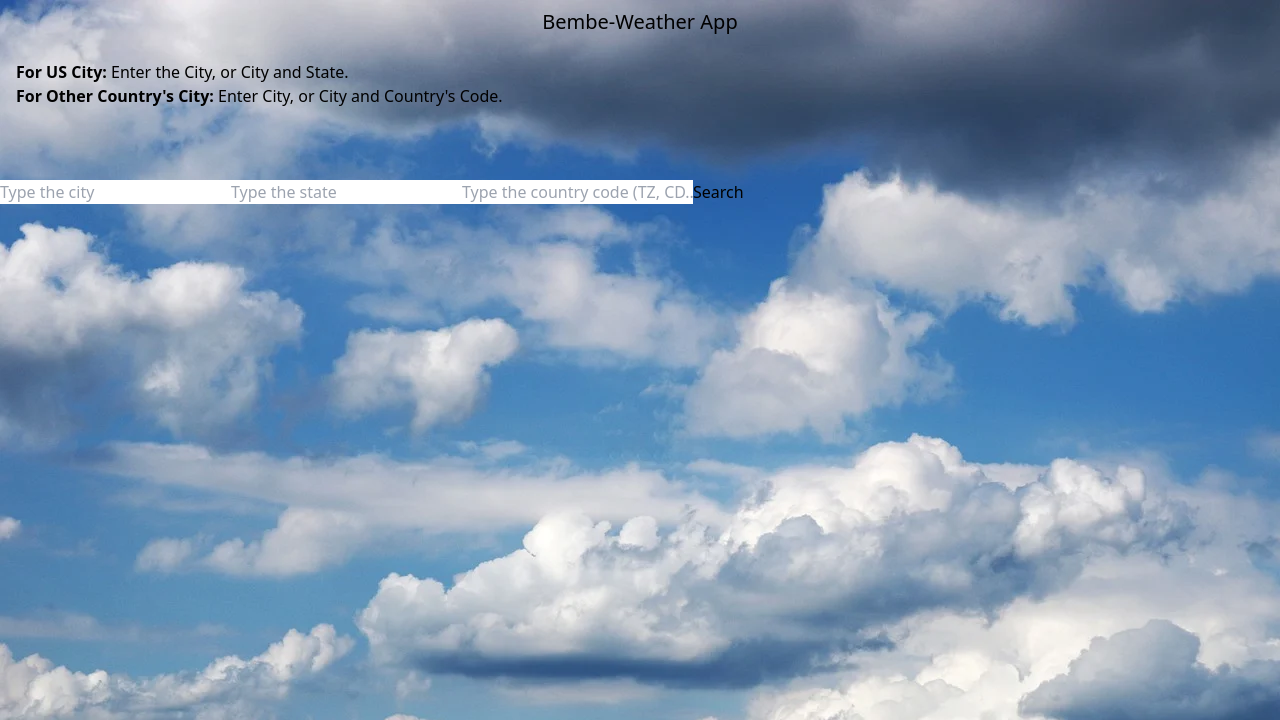
Repository: ShindanoSingi/bembe-weather
Page: /
These files come from the project's save history. The page is drawn as it stood at one moment and after a run of saves; the edit follows.
The browser window is 1280 px wide. The pictures show the whole page.
The page's requests for data from a server got no answer. The project was rebuilt for these pictures with package versions that can differ from the ones it lists, and the page was loaded fresh each time. No one was signed in, and anything a server would have sent is missing.

Above is the page before, as saved 2022-09-14 02:07:50.

After the next 3 saves:
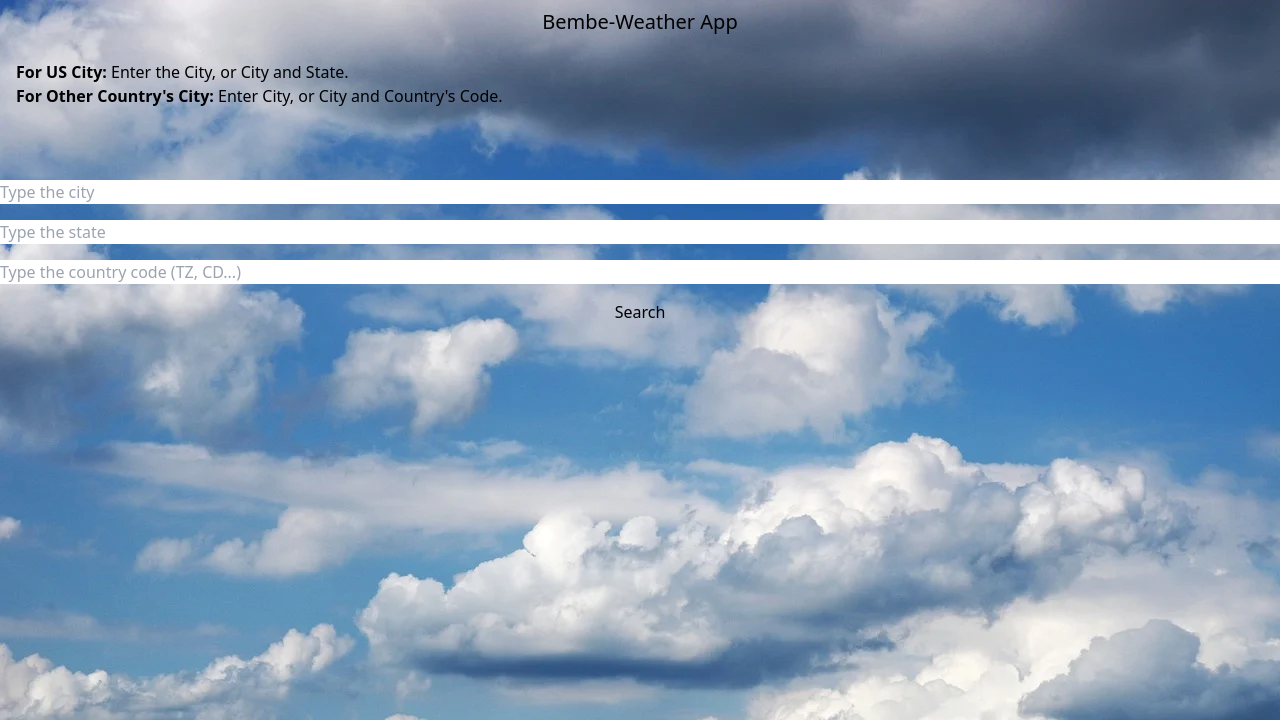
The 3 saves are shown as one change because 2 did not build or start.
The last was saved 46 s later.
--- a/src/components/SearchForm.js
+++ b/src/components/SearchForm.js
@@ -11,7 +11,7 @@
 }) => {
   return (
     <div >
-      <form className="flex flex-col gap-4" onSubmit={handleSubmit} className="d-flex form-container">
+      <form className="flex flex-col gap-4 form-container" onSubmit={handleSubmit} d-flex>
         {/* City Input */}
         <input
           className="cityInput"
